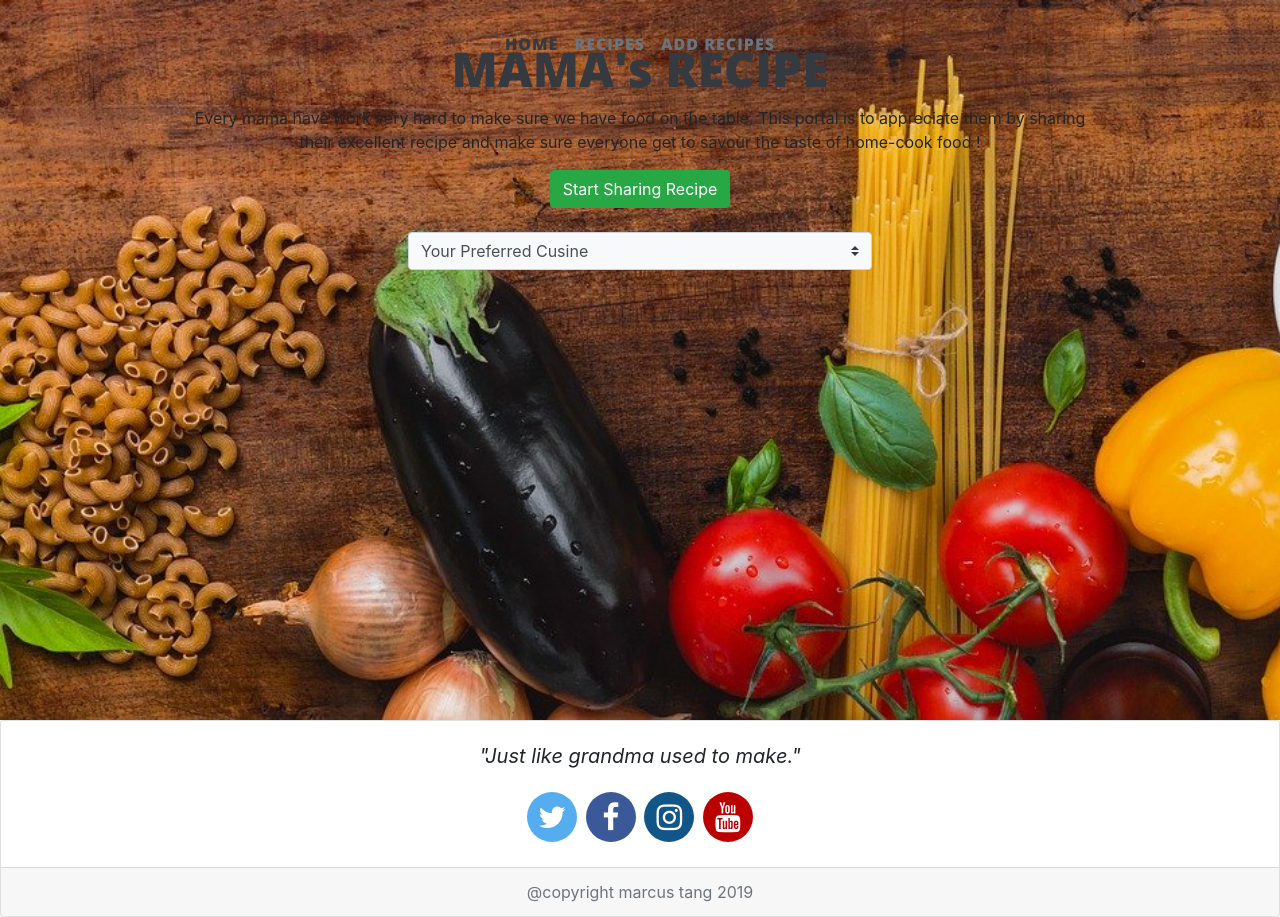
Repository: marstangg/mamasrecipes
Page: templates/index.html
The author's editor kept a record of every edit. The page is drawn from the files as they stood at one moment, then again after the next edit.
The browser window is 1280 px wide. The pictures show the whole page.
Some web libraries are served in a nearby version. The page is served by the project's application, run on Flask 3 (main.py). The template is opened directly, without the code that normally fills it, so the values that code supplies are empty.

Above is the page before.

### templates/index.html
{% extends 'base.html' %}

{% block content %}
<main class='container-fluid p-0'>
  <!--Page Header -->
  <div class="d-md-none d-block p-4"></div>
  <header class="masthead d-flex justify-content-center align-items-center">
    <div class='w-75 p-3 text-center'>
      <h1 class='navbar-main-brand w-100 mt-4'>MAMA's RECIPE</h1>
      <p>Every mama have work very hard to make sure we have food on the table. This portal is to appreciate them by sharing their excellent recipe and make sure everyone get to savour the taste of home-cook food !</p>
      <a class="btn btn-success" href="{{url_for('recipe_add')}}">Start Sharing Recipe</a>

      <form>
        <div class='form-group mt-4'>
          <select class='custom-select w-50 bg-light' onchange="if (this.value)window.location.href=this.value">
                <option class=''bg-danger value=""> Your Preferred Cusine</option>
                <option value="/recipe_search/all">All recipes</option>
                <option value="/recipe_search/chinese">Chinese</option>
                <option value="/recipe_search/indian">Indian</option>
                <option value="/recipe_search/malay">Malay</option>
                <option value="/recipe_search/western">Western</option>
              </select>
        </div>
      </form>
    </div>
  </header>
</main>
{% endblock %}

### templates/base.html
<!doctype html>
<html lang="en">

<head>
  <!-- Required meta tags -->
  <meta charset="utf-8">
  <meta name="viewport" content="width=device-width, initial-scale=1, shrink-to-fit=no">

  <!-- Custom fonts for this template -->
  <link rel="stylesheet" href="https://cdnjs.cloudflare.com/ajax/libs/font-awesome/4.7.0/css/font-awesome.min.css">
  <link href='https://fonts.googleapis.com/css?family=Lora:400,700,400italic,700italic' rel='stylesheet' type='text/css'>
  <link href='https://fonts.googleapis.com/css?family=Open+Sans:300italic,400italic,600italic,700italic,800italic,400,300,600,700,800' rel='stylesheet' type='text/css'>

  <!-- Bootstrap CSS -->
  <link rel="stylesheet" href="https://maxcdn.bootstrapcdn.com/bootstrap/4.0.0/css/bootstrap.min.css" integrity="sha384-Gn5384xqQ1aoWXA+058RXPxPg6fy4IWvTNh0E263XmFcJlSAwiGgFAW/dAiS6JXm" crossorigin="anonymous">

  <!-- Custom styles for this template -->
  <link href="/static/css/style.css" rel="stylesheet">

  <title>Mama's Recipe | A portal for everyone to share their mama's recipes</title>
</head>

<body>
  <!-- Navigation -->
  <nav class="navbar navbar-expand-lg navbar-light fixed-top {% block navbg %} bg-transparent {% endblock %}" id="mainNav">
    <div class="container">

      <button class="navbar-toggler navbar-toggler-right text-white" type="button" data-toggle="collapse" data-target="#navbarResponsive" aria-controls="navbarResponsive" aria-expanded="false" aria-label="Toggle navigation">
        Menu
      </button> {% block navbrand %} {% endblock %}
      <div class="collapse navbar-collapse" id="navbarResponsive">
        <ul class="navbar-nav mx-auto mt-4">
          <a class="nav-item mx-2 {% block navhome %} text-dark {% endblock %}" href="{{url_for('index')}}"> Home </a>
          <a class="nav-item mx-2 {% block navrecipes %} text-secondary {% endblock %}" href="{{url_for('recipes')}}"> Recipes</a>
          <a class="nav-item mx-2 {% block navadd %} text-secondary {% endblock %}" href="{{url_for('recipe_add')}}"> Add Recipes</a>
        </ul>
      </div>
    </div>
  </nav>

  {% block content %} {% endblock %}

  <footer>
    <div class="card text-center">
      <div class="card-body">
        <!--<h5 class="card-title">""</h5>-->
        <blockquote class="blockquote">
          <p class="mb-0 font-italic">"Just like grandma used to make."</p>
        </blockquote>

        <div>
          <a href="#" class="fa fa-twitter"></a>
          <a href="#" class="fa fa-facebook"></a>
          <a href="#" class="fa fa-instagram"></a>
          <a href="#" class="fa fa-youtube"></a>
    </div>

      </div>
      <div class="card-footer text-muted">
        @copyright marcus tang 2019
      </div>
    </div>
  </footer>
  <!-- Optional JavaScript -->
  <!-- jQuery first, then Popper.js, then Bootstrap JS -->
  <script src="https://code.jquery.com/jquery-3.2.1.slim.min.js" integrity="sha384-KJ3o2DKtIkvYIK3UENzmM7KCkRr/rE9/Qpg6aAZGJwFDMVNA/GpGFF93hXpG5KkN" crossorigin="anonymous"></script>
  <script src="https://cdnjs.cloudflare.com/ajax/libs/popper.js/1.12.9/umd/popper.min.js" integrity="sha384-ApNbgh9B+Y1QKtv3Rn7W3mgPxhU9K/ScQsAP7hUibX39j7fakFPskvXusvfa0b4Q" crossorigin="anonymous"></script>
  <script src="https://maxcdn.bootstrapcdn.com/bootstrap/4.0.0/js/bootstrap.min.js" integrity="sha384-JZR6Spejh4U02d8jOt6vLEHfe/JQGiRRSQQxSfFWpi1MquVdAyjUar5+76PVCmYl" crossorigin="anonymous"></script>
</body>

</html>

### main.py
from flask import Flask, render_template, request
import os

app = Flask(__name__)

@app.route("/")
def index():
    return render_template("index.html")

if __name__  == '__main__':
    app.run(host=os.environ.get('IP'),
            port=int(os.environ.get('PORT')),
            debug=True)

Loaded but not shown: static/css/style.css (common file)

After the next edit:
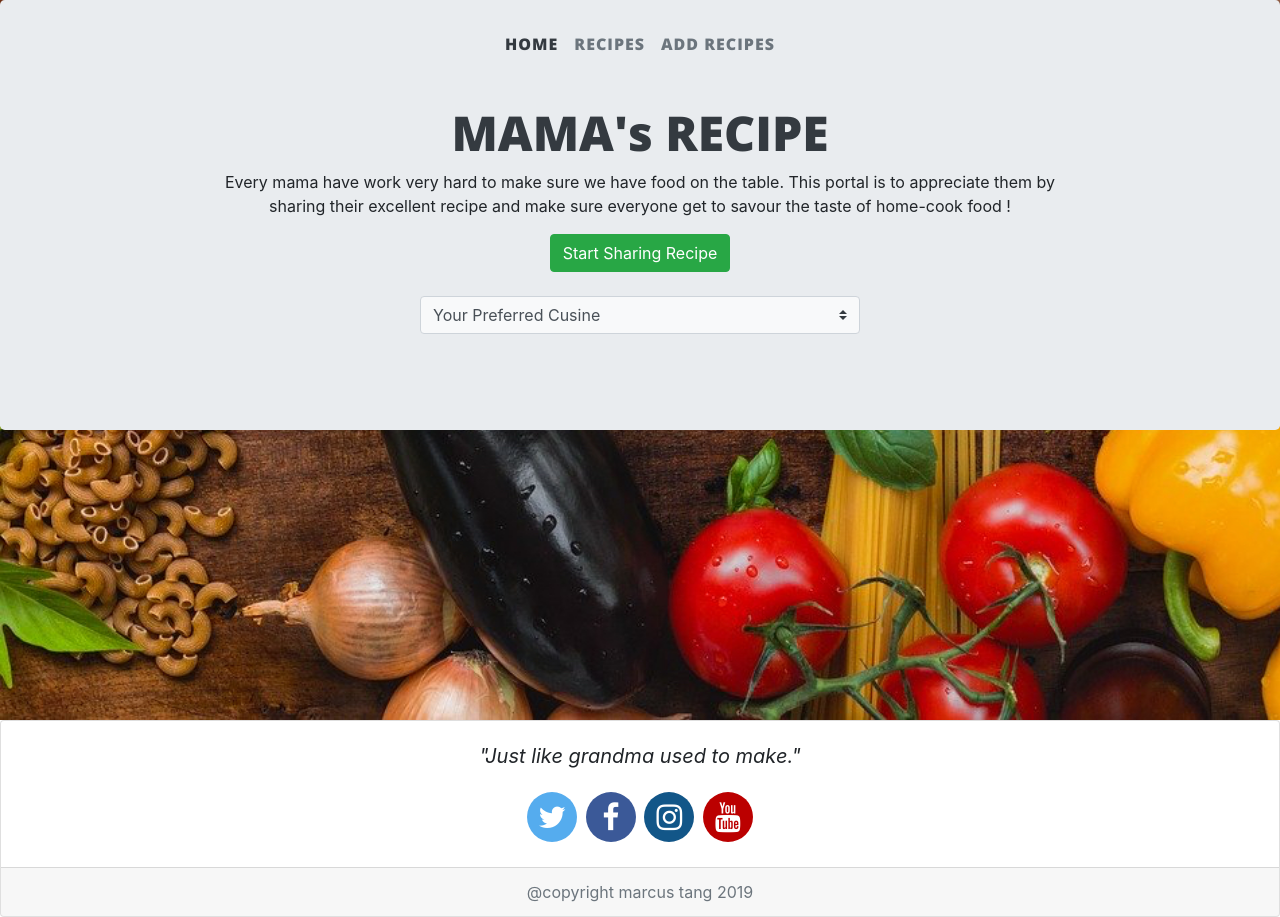
The edit:
--- a/templates/index.html
+++ b/templates/index.html
@@ -4,7 +4,7 @@
 <main class='container-fluid p-0'>
   <!--Page Header -->
   <div class="d-md-none d-block p-4"></div>
-  <header class="masthead d-flex justify-content-center align-items-center">
+  <header class="jumbotron d-flex justify-content-center align-items-center">
     <div class='w-75 p-3 text-center'>
       <h1 class='navbar-main-brand w-100 mt-4'>MAMA's RECIPE</h1>
       <p>Every mama have work very hard to make sure we have food on the table. This portal is to appreciate them by sharing their excellent recipe and make sure everyone get to savour the taste of home-cook food !</p>
